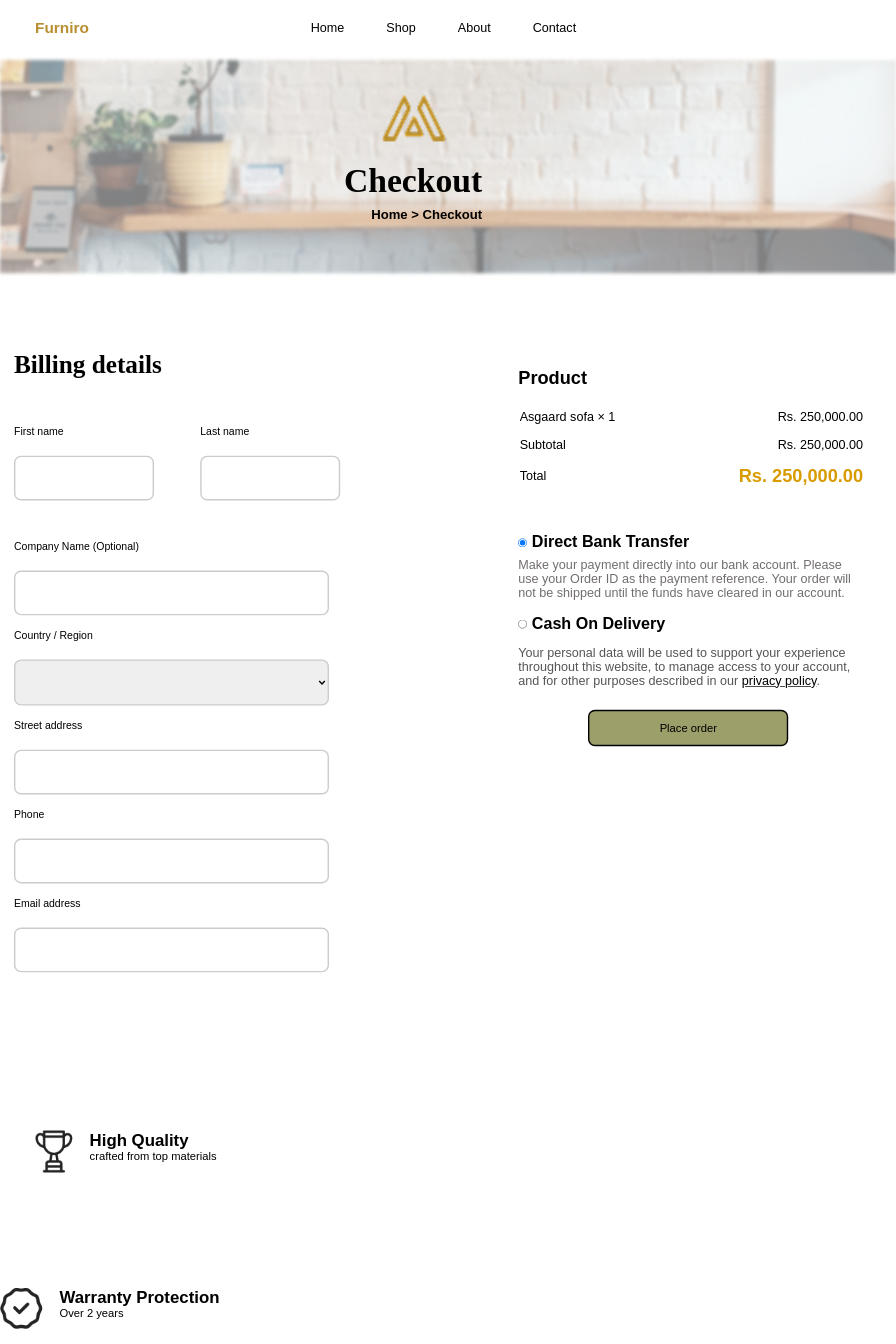
Repository: Ali1Kh/Furniro-ITI
Page: pages/checkout.html
An editor plug-in stored every save of this project. The page is shown before and after the next save, followed by the edit.
The browser window is 1280 px wide. The pictures show the part of the page from y = 0 to 1920 px (the page is 2837 px tall), at 70% of full size.
The pointer rests on the first visible `.btn`.

Above is the page before, as saved 2025-07-15 07:55:18.

After the next save:
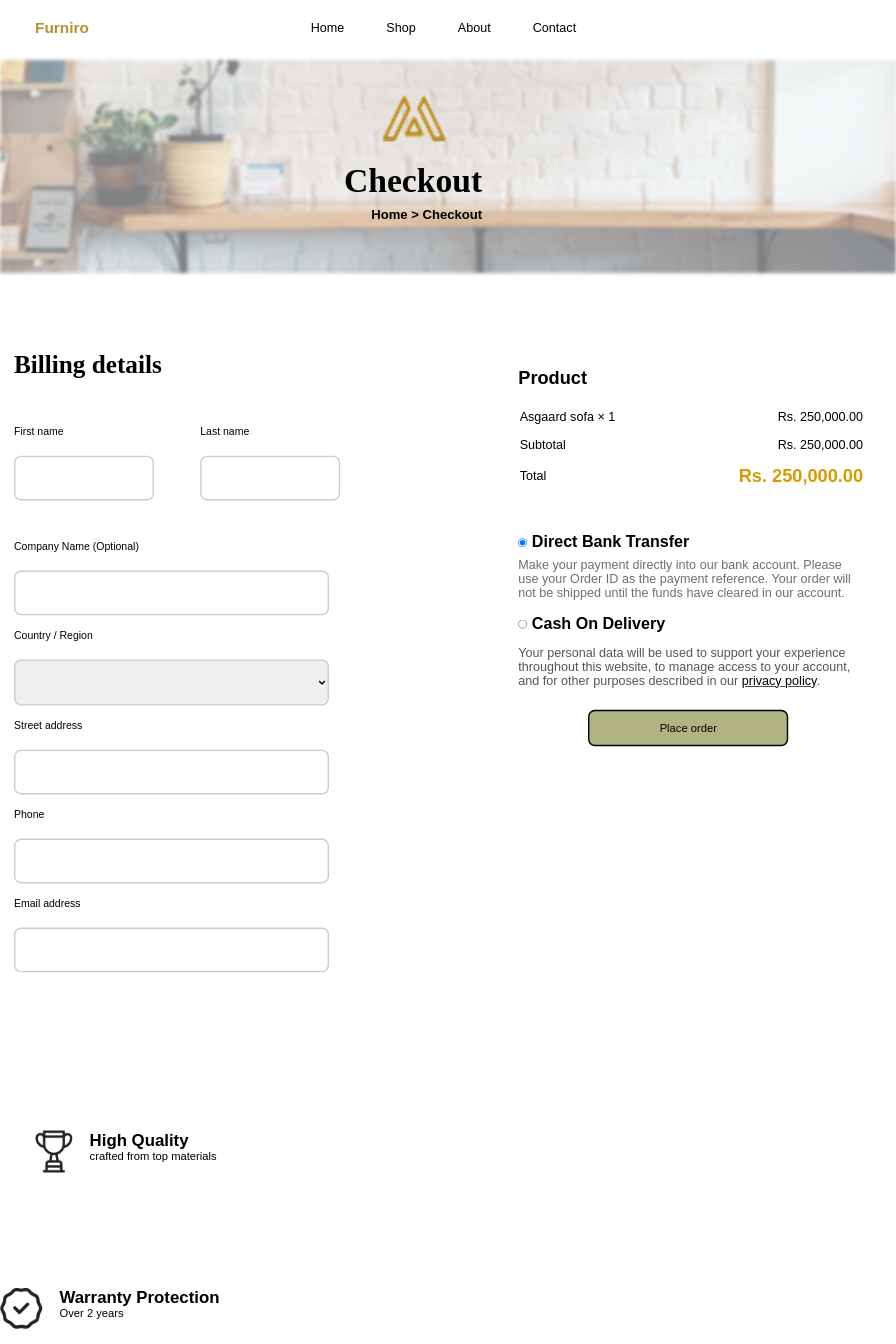
Saved 22 s later.
--- a/styles/checkout.css
+++ b/styles/checkout.css
@@ -199,7 +199,7 @@ form select {
 }
 
 .btn:hover {
-  background-color: #9c9f6a;
+  background-color: #b0b383;
 }
 
 .footer {
